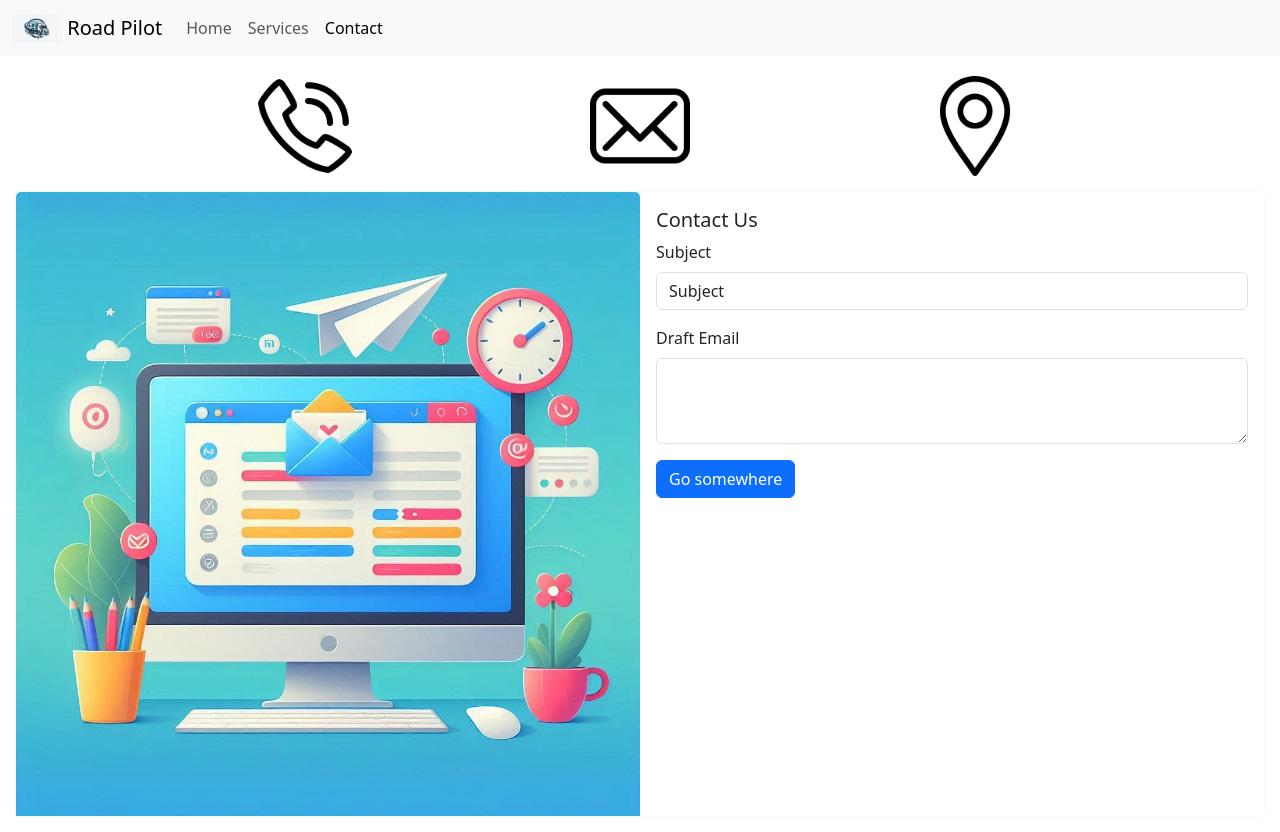
Repository: VictoriousMango/WebCreator
Page: pages/contact.html
An editor plug-in stored every save of this project. The page is shown before and after the next save, followed by the edit.
The browser window is 1280 px wide. The pictures show the whole page.

Above is the page before, as saved 2024-11-09 13:00:23.

After the next save:
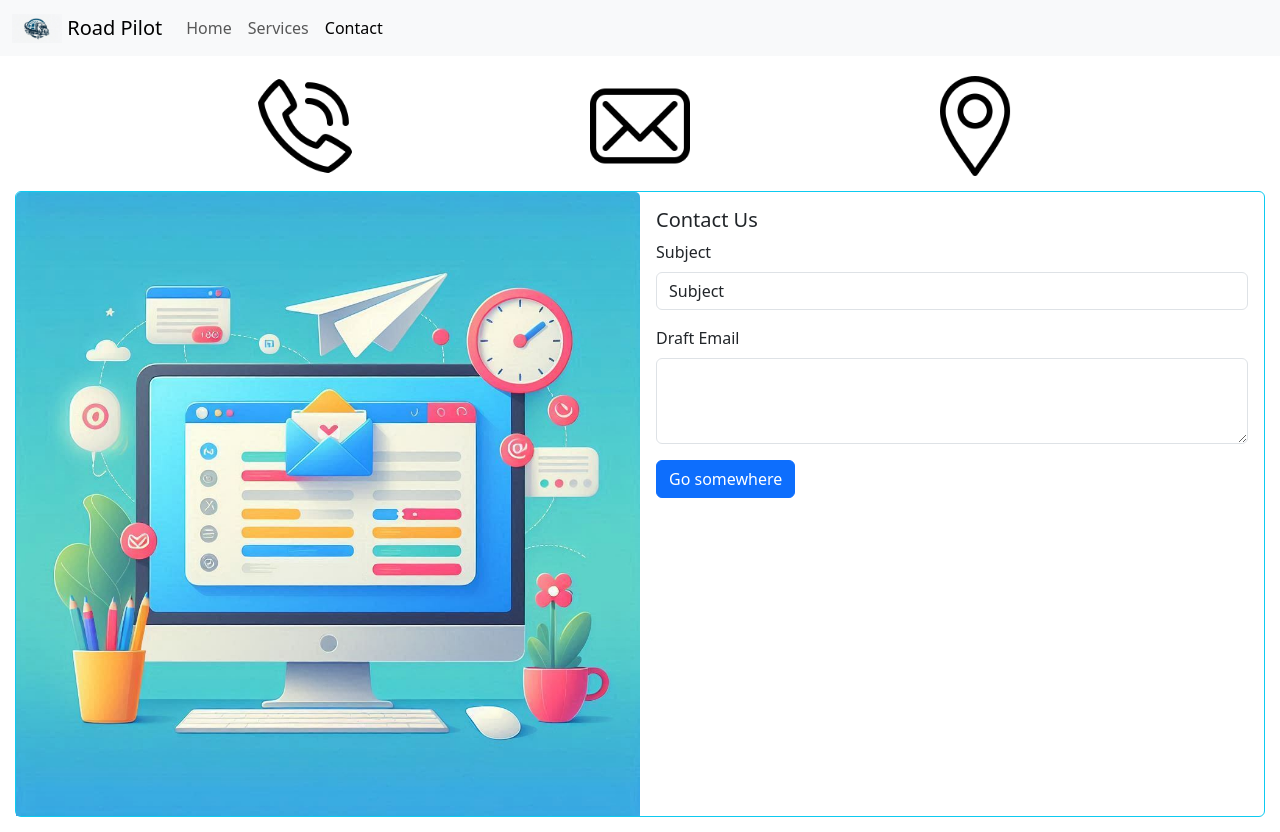
Saved 7 s later.
--- a/pages/contact.html
+++ b/pages/contact.html
@@ -49,7 +49,7 @@
             <img class="contact__linksIMG" src="../assets/images/contact__location.png" alt="">
         </div>
         <!-- Dic for Sending Mails -->
-        <div class="card border-light">
+        <div class="card border-info">
             <img src="../assets/images/contact__mailUs.png" class="card-img-top" alt="...">
             <div class="card-body">
               <h5 class="card-title">Contact Us</h5>

After the save that followed:
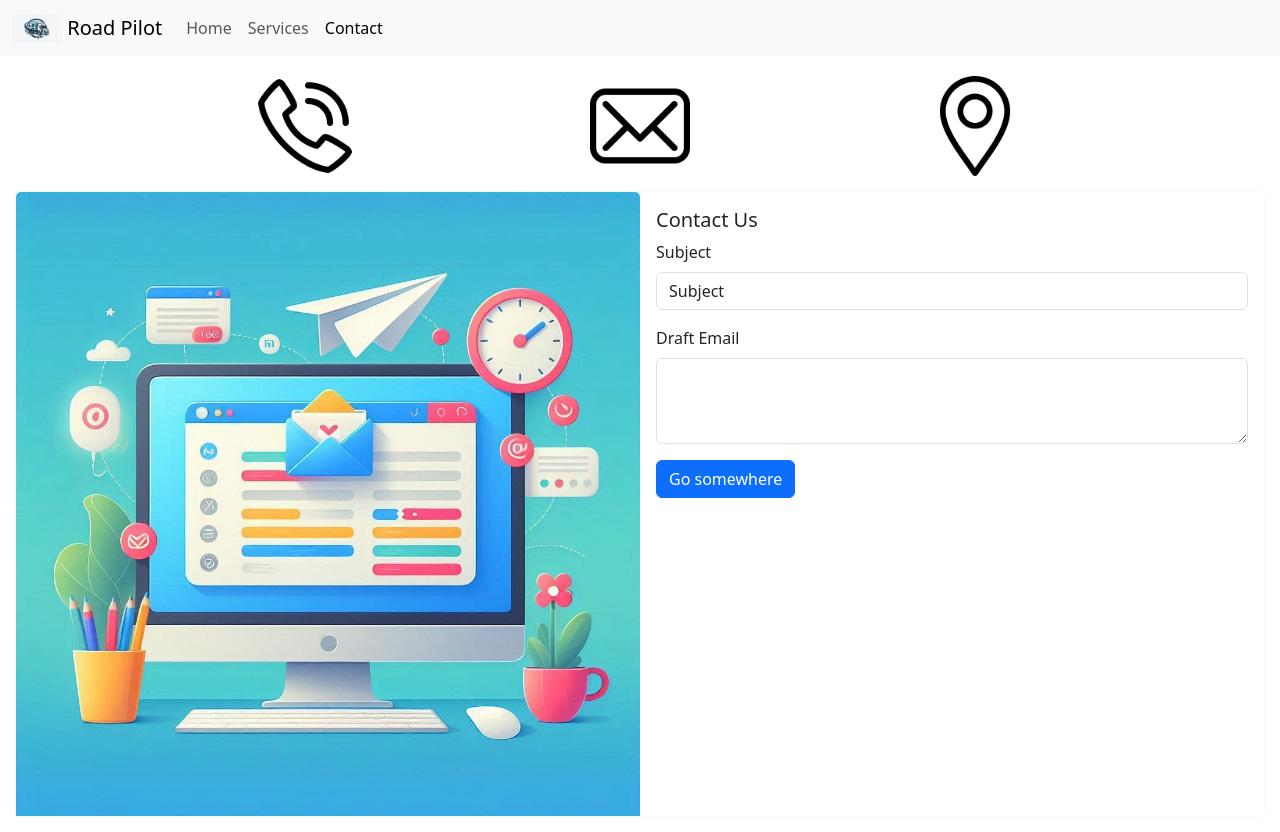
Saved 5 s later.
--- a/pages/contact.html
+++ b/pages/contact.html
@@ -49,7 +49,7 @@
             <img class="contact__linksIMG" src="../assets/images/contact__location.png" alt="">
         </div>
         <!-- Dic for Sending Mails -->
-        <div class="card border-info">
+        <div class="card border-light">
             <img src="../assets/images/contact__mailUs.png" class="card-img-top" alt="...">
             <div class="card-body">
               <h5 class="card-title">Contact Us</h5>
